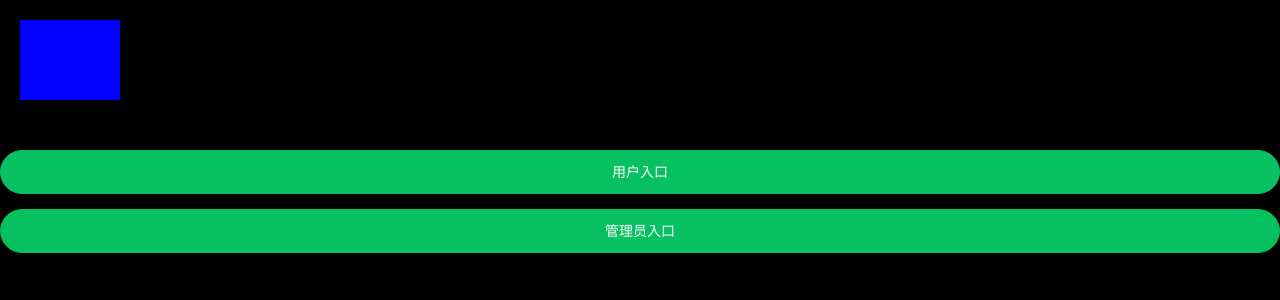
Repository: fisher002/sports
Page: /
These files come from the project's save history. The page is drawn as it stood at one moment and after the next save; the edit follows.
The browser window is 1280 px wide. The pictures show the whole page.
The project was rebuilt for these pictures with package versions that can differ from the ones it lists, and the page was loaded fresh each time. Also part of the build but not shown: src/components/public/bottom.vue, src/views/mobile-index/indexUrl.js, src/views/mobile-admin/admin-login/loginUrl.js, src/components/public/top.vue, src/views/mobile-index/mobileIndex.vue, src/utils/comUtils.js, src/views/mobile-index/index.vue, src/views/mobile-index/detailcompate.vue and 68 more.

Above is the page before, as saved 2020-05-04 13:39:43.

After the next save:
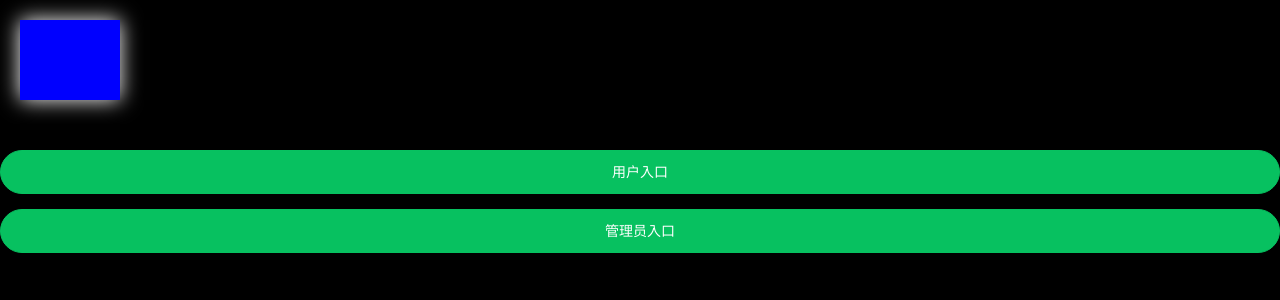
Saved 18 s later.
--- a/src/views/index.vue
+++ b/src/views/index.vue
@@ -34,7 +34,7 @@ export default {
     // ctx.arc(100, 100, 50, 0, 2 * Math.PI, true);
     // ctx.stroke();
     ctx.shadowBlur = 20;
-    ctx.shadowColor = "black";
+    ctx.shadowColor = "#ffffff";
     ctx.fillStyle = "blue";
     ctx.fillRect(20, 20, 100, 80);
   },
